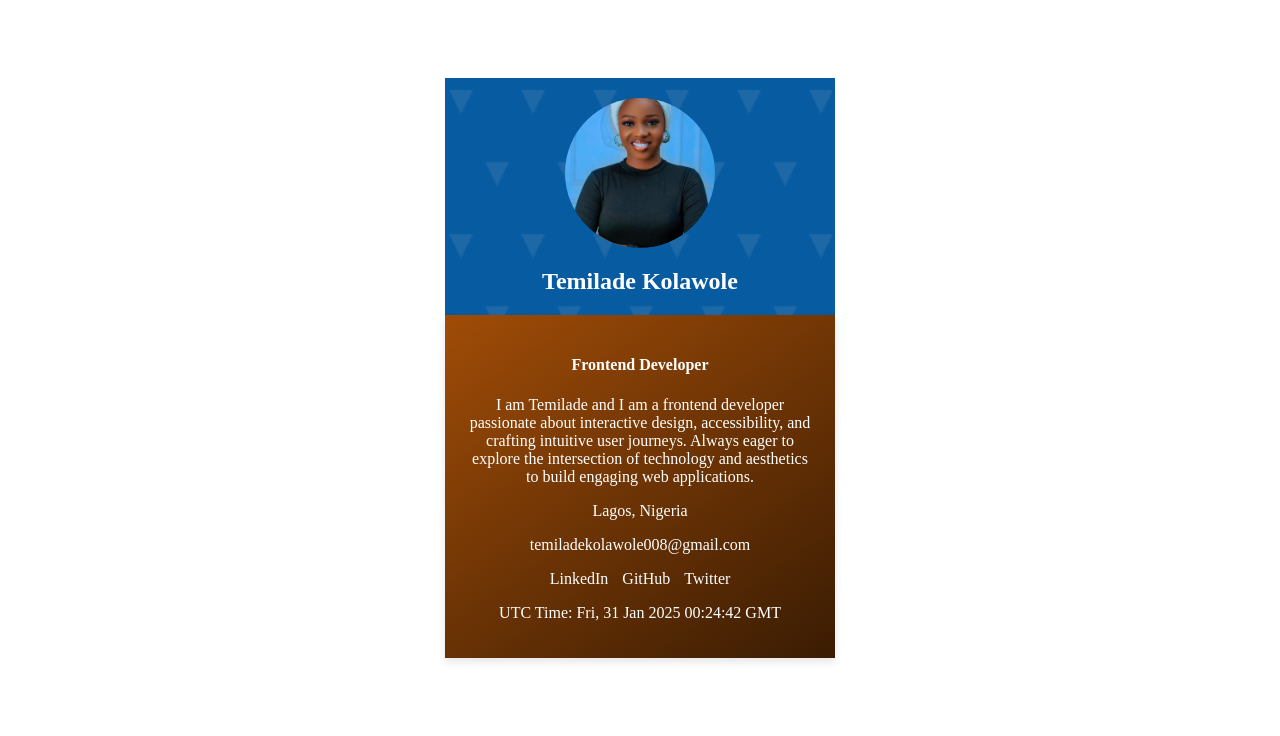
Repository: KolawoleTemilade/ticket-guarantor
Page: profilecard/index..html
The author's editor kept a copy of each file at every save. The page is drawn from the files as they stood at one save, then again after the next save.
The browser window is 1280 px wide. The pictures show the whole page.

Above is the page before, as saved 2025-02-05 00:39:09.

After the next save:
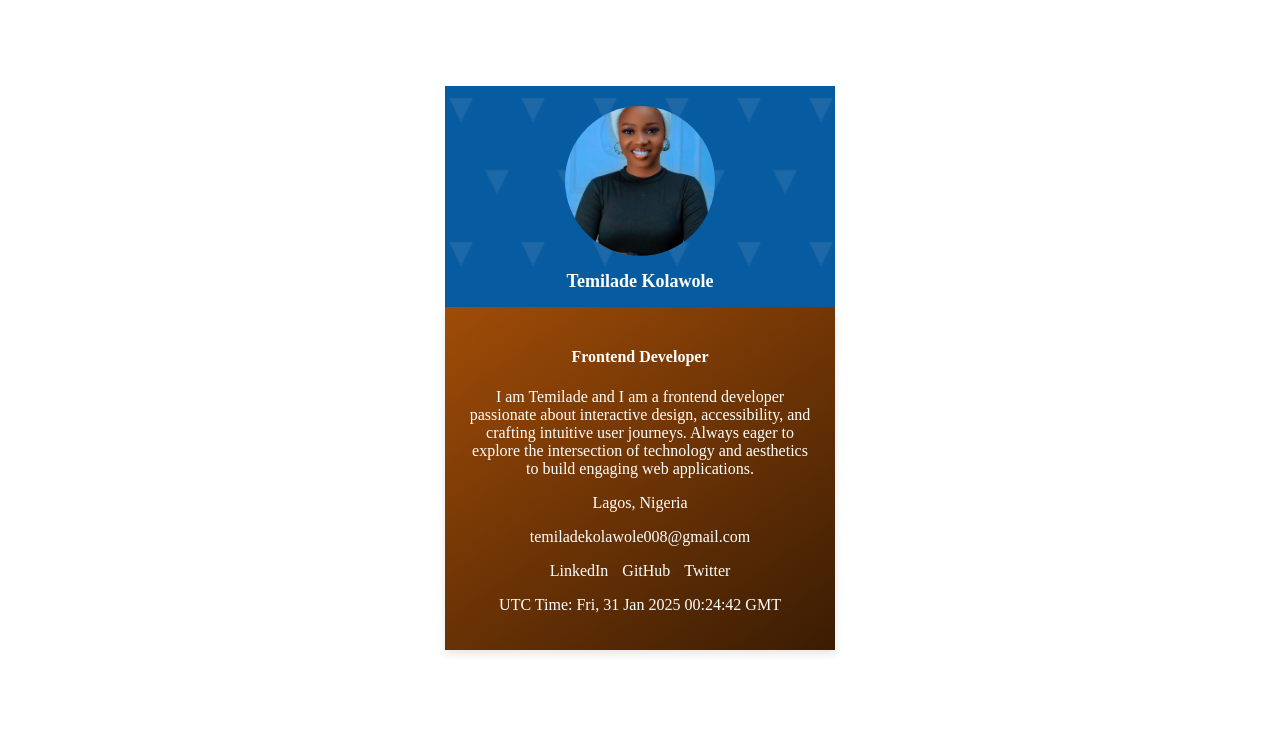
Saved 17 s later.
--- a/profilecard/style.css
+++ b/profilecard/style.css
@@ -40,5 +40,5 @@ a {
 }
 .fullname {
   color: #fff;
-  font-size: ;
+  font-size: large;
 }
